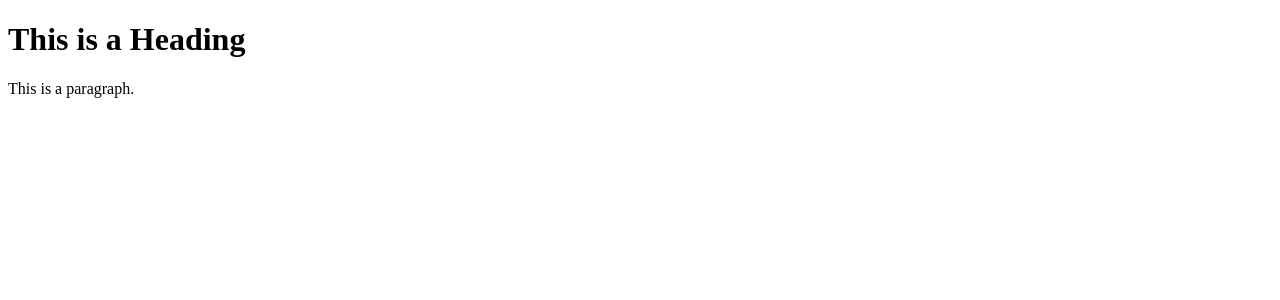
Repository: Devbenitez/Gen_30
Page: Gen_30/Maquetado/Clase1/pages/about.html
The author's editor kept a copy of each file at every save. The page is drawn from the files as they stood at one save, then again after the next save.
The browser window is 1280 px wide. The pictures show the whole page.

Above is the page before, as saved 2023-11-07 22:21:11.

### Gen_30/Maquetado/Clase1/pages/about.html
<!DOCTYPE html>
<html lang="es">
<head>
<meta charset="UTF-8" />
<meta name="descripción" content="el about de mi primer pagina"/>
<meta name="author" content="danielbenitez" />
<title>pagina de about</title>
</head>
<body>

<h1>This is a Heading</h1>
<p>This is a paragraph.</p>

</body>
</html>

After the next save:
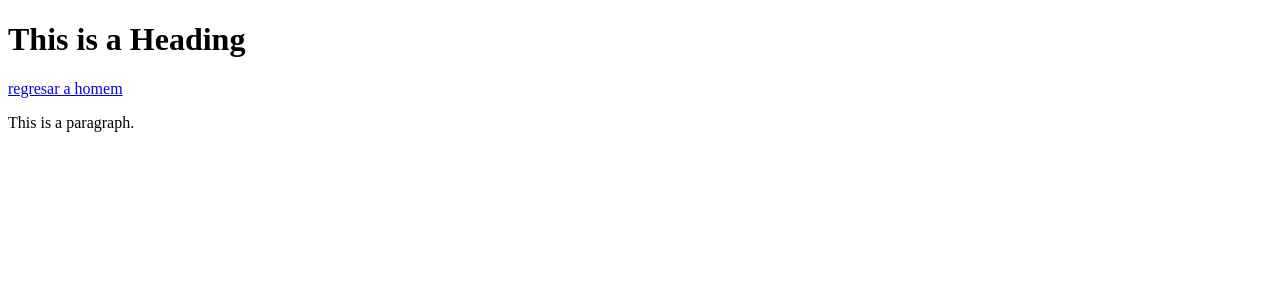
Saved 61 s later.
--- a/Gen_30/Maquetado/Clase1/pages/about.html
+++ b/Gen_30/Maquetado/Clase1/pages/about.html
@@ -9,6 +9,7 @@
 <body>
 
 <h1>This is a Heading</h1>
+<a href="../index.html"> regresar a homem</a>
 <p>This is a paragraph.</p>
 
 </body>
